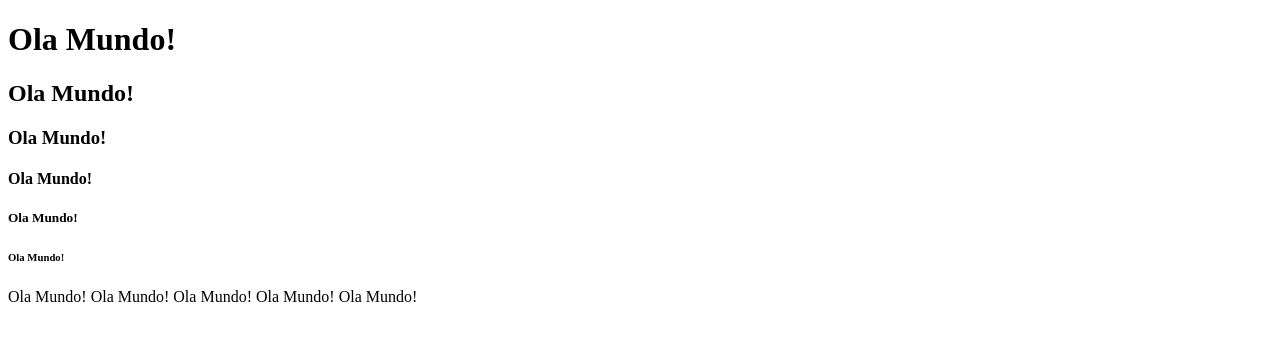
Repository: ericvinicius/cursojavaweb
Page: workspace/fj21-agenda/WebContent/OlaMundo.html
The author's editor kept a copy of each file at every save. The page is drawn from the files as they stood at one save, then again after the next save.
The browser window is 1280 px wide. The pictures show the whole page.

Above is the page before, as saved 2013-03-09 19:17:13.

After the next save:
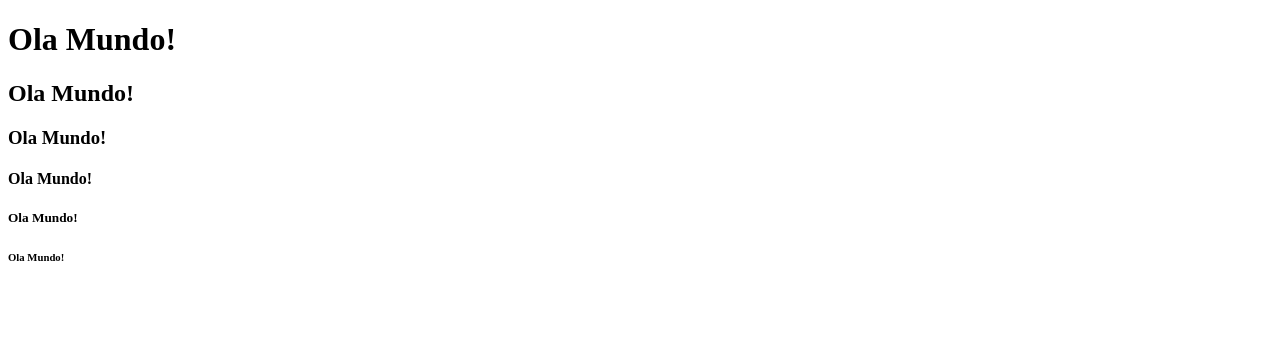
Saved 6 s later.
--- a/workspace/fj21-agenda/WebContent/OlaMundo.html
+++ b/workspace/fj21-agenda/WebContent/OlaMundo.html
@@ -12,10 +12,5 @@
 	<h4>Ola Mundo!</h4>
 	<h5>Ola Mundo!</h5>
 	<h6>Ola Mundo!</h6>
-	<h7>Ola Mundo!</h7>
-	<h8>Ola Mundo!</h8>
-	<h9>Ola Mundo!</h9>
-	<h10>Ola Mundo!</h10>
-	<h11>Ola Mundo!</h11>
 </body>
 </html>
